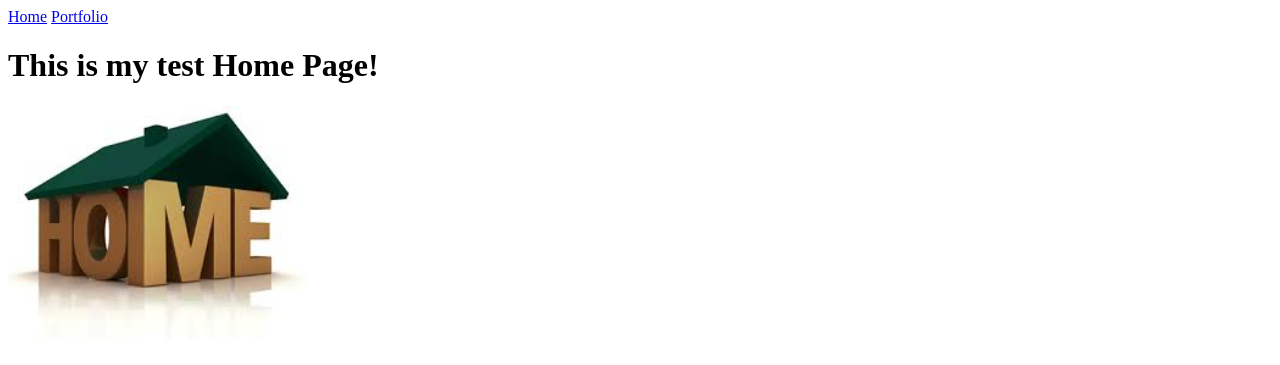
Repository: Jreyes2104/Jreyes2104.github.io
Page: my_website/index.html
The author's editor kept a record of every edit. The page is drawn from the files as they stood at one moment, then again after the next edit.
The browser window is 1280 px wide. The pictures show the whole page.

Above is the page before.

After the next edit:
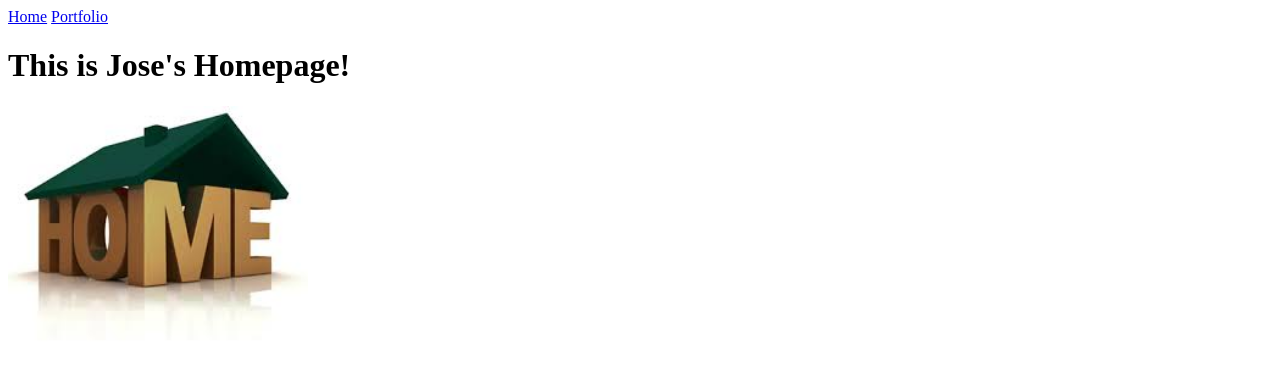
The edit:
--- a/my_website/index.html
+++ b/my_website/index.html
@@ -7,7 +7,7 @@
   <body>
     <a href="index.html">Home</a>
     <a href="portfolio.html">Portfolio</a>
-    <h1>This is my test Home Page!</h1>
+    <h1>This is Jose's Homepage!</h1>
     <img src="images/home.jpg" height="250">
   </body>
 </html>
